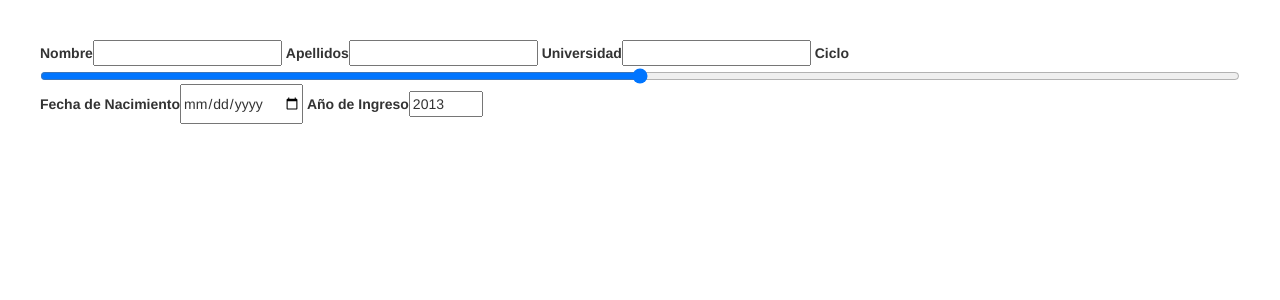
Repository: yoshitomimaehara/sdpa
Page: http://localhost/Sistema_de_Pruebas_Academicas/alumno_insertar.jsp
These files come from the project's save history. The page is drawn as it stood at one moment and after the next save; the edit follows.
The browser window is 1280 px wide. The pictures show the whole page.
The page is served by Tomcat 9.

Above is the page before, as saved 2013-10-06 19:50:53.
Console error: TypeError: $(...).alert is not a function

After the next save:
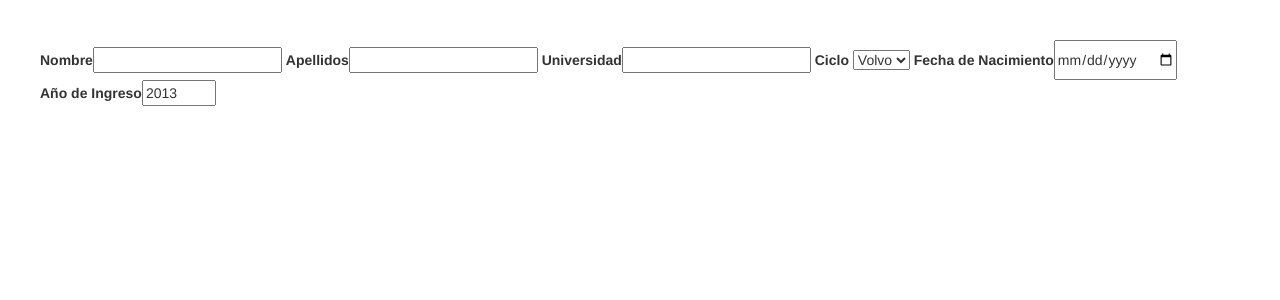
Saved 2 min 21 s later.
--- a/Web/Sistema de Pruebas Academicas/Sistema de Pruebas Academicas/WebContent/alumno_insertar.jsp
+++ b/Web/Sistema de Pruebas Academicas/Sistema de Pruebas Academicas/WebContent/alumno_insertar.jsp
@@ -15,7 +15,10 @@
 		<label>Nombre</label><input type="text" />
 		<label>Apellidos</label><input type="text"/>
 		<label>Universidad</label><input type="text"/>
-		<label>Ciclo</label><input type="range"/>
+		<label>Ciclo</label>
+		<select name="ciclo">
+		<option value="volvo">Volvo</option>
+		</select>
 		<label>Fecha de Nacimiento</label><input type="date"/>
 		<label>Año de Ingreso</label><input type="number" min="2000" max="2013" value="2013">
 	</form>
